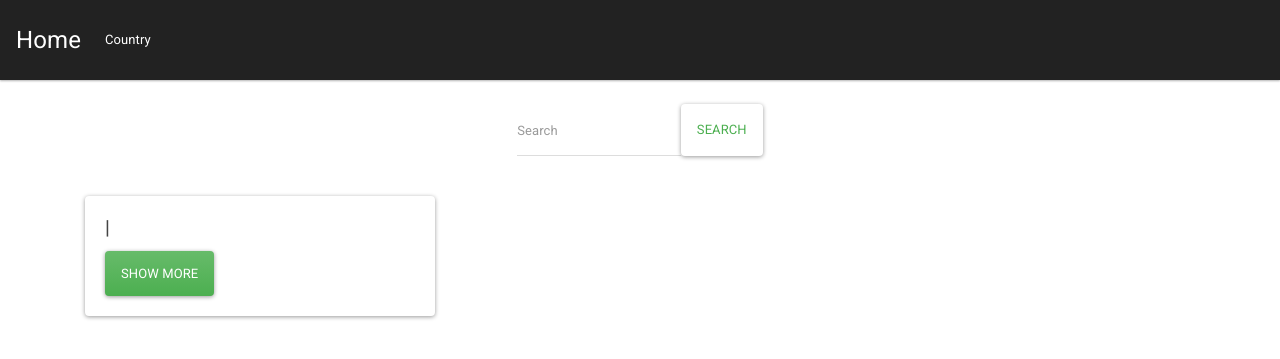
Repository: abdelhak-f/Countries_React
Page: / (app in client/)
The author's editor kept a copy of each file at every save. The page is drawn from the files as they stood at one save, then again after the next save.
The browser window is 1280 px wide. The pictures show the whole page.
The page's requests for data from a server got no answer. The project was rebuilt for these pictures with package versions that can differ from the ones it lists, and the page was loaded fresh each time. No one was signed in, and anything a server would have sent is missing. Also part of the build but not shown: client/src/components/countrys/ProfilCountry.jsx.

Above is the page before, as saved 2021-05-11 12:21:09.

### client/src/App.js
import  React from 'react';
import './App.css';
import Countries from  './components/AllCountries';
import  Navbar from './components/partials/Navbar';
import ProfileCountry from './components/countrys/ProfilCountry'
import { BrowserRouter as Router, Switch, Route} from 'react-router-dom';

function App() {
  return (
    <Router>
    <div className="App">
      <Navbar />
      <div className="container">
      <Switch>
       <Route exact path="/" component={Countries} />
       <Route path="/" component={ProfileCountry}/>
      {/* <ProfileCountry/>
      <Countries /> */}
    </Switch>
      </div>
    </div>
    </Router>
  );
}

export default App;

### client/src/components/AllCountries.jsx
import React, { Component } from 'react';
import  Country  from  './countrys/Country';
import SearchCountry from './countrys/SearchCountry';
import axios from 'axios';

class AllCountries extends Component  {

    constructor(props) {
        super(props)

        this.state = {
             countries: [
                 {

                 }
             ]
        }
    }
    getCountry = () => {
        axios.get(`https://restcountries.eu/rest/v2/all`)
                       .then(response => {
                           this.setState({
                            countries: response.data
                           })
                       })
    }
    componentDidMount() {
        this.getCountry()
    }
    searchCountry =( data) => {
         if(data != ''){
              axios.get(`https://restcountries.eu/rest/v2=${data}`)
              .then(response => {
                this.setState({
                  countries: response.data.items

                })
              })
         }
    }

  render() {
    return (
      <div>
          <div className="row   my-2">
              <div className="col-md-12">
       <SearchCountry getCountrySearch={this.searchCountry} />
              </div>
          </div>
          <div className="row">
        {this.state.countries.map (country => (
            <div className="col-md-4 mt-3 key={name.id}">
              <Country  country={country} />
               </div>
        ))}
        </div>
      </div>
    )
  }
}

export default AllCountries

### client/src/components/partials/Navbar.jsx
import React from 'react';
import { Link } from 'react-router-dom';

export default function Navbar() {
  return (
    <>
    <nav className="navbar navbar-expand-sm navbar-dark bg-dark">
        <Link className="navbar-brand" to="/">Home</Link>
        <button className="navbar-toggler d-lg-none" type="button" data-toggle="collapse" data-target="#collapsibleNavId" aria-controls="collapsibleNavId"
            aria-expanded="false" aria-label="Toggle navigation">
            <span className="navbar-toggler-icon"></span>
        </button>
        <div className="collapse navbar-collapse" id="collapsibleNavId">
            <ul className="navbar-nav mr-auto mt-2 mt-lg-0">
                <li className="nav-item active">
                    <a className="nav-link" href="#">Country <span className="sr-only">(current)</span></a>
                </li>
            </ul>

        </div>
    </nav>
    </>
  );
}

### client/src/components/countrys/Country.jsx
import React, { Component } from 'react';
import { Link } from 'react-router-dom';


  class Country extends Component{
    constructor(props) {
      super(props);
      this.state = {};
      console.log(props.data);
    }

  render() {
    return (
      <>
         <div className="card">
                   <img className="card-img-top" src= {this.props.country.flag}  alt="" />
                   <div className="card-body">
                   <h4 className="card-title">{this.props.country.alpha2Code} | {this.props.country.alpha3Code}</h4>
                       <p className="card-text">

                           <Link to={'/ProfilCountry/' +this.props.country.name} className="btn btn-success">show more</Link>

                           {/* <a href={this.props.country.regionalBlocs} className="btn btn-success ">profile</a> */}
                       </p>
                   </div>
                   </div>
      </>
    )
    }
  }


export default Country ;

### client/src/components/countrys/SearchCountry.jsx
// import React, { Component } from 'react'

// class SearchCountry extends Component {
//     state = {
//         search : ''
//     }
//     handleForm  = (e) => {
//         this.setState({
//             search:e.target.value
//         })
//     }

//     searchCountries= (e) => {
//         e.preventDefault();
//         this.props.getCountrySearch(this.state.search)
//     }
//   render() {
//       const {search} = this.state;
//     return (

//         <form onSubmit={this.searchCountries}>
//             <div className="form-group ">
//                 <input onChange={this.handleForm} value={search} placeholder='Search countries ...' id="search" type="text" className="form-control"/>
//                 </div>
//                 {/* {search} */}
//                 <button className="btn btn-danger">Search</button>
//         </form>

//     )
//   }
// }

// export default SearchCountry

/* eslint-disable array-callback-return */
/* eslint-disable react-hooks/exhaustive-deps */

import { Link } from 'react-router-dom';
import React, { useState, useEffect } from 'react';

const SearchCountry = ({ alpha3Code, alpha2Code, flag, name}) => {

    const [Data, setData] = useState([])
    const [input, setInput] = useState('')
    const [output, setOutput] = useState([])

    // get data
    useEffect(() => {
        fetch('https://restcountries.eu/rest/v2/all')
            .then(res => res.json())
            .then(data => setData(data));
    }, [])

    // filter data

    useEffect(() => {
        setOutput([])
        Data.filter(val => {
            if (val.alpha3Code.toUpperCase().includes(input.toUpperCase())) {
                setOutput(output => [...output, val])
            }
        })

    }, [input]);

    return (
        <div>
            <div className="container-fluid w-25 p-3">
                <form className="d-flex">
                    <input onChange={e => setInput(e.target.value)} className="form-control me-2" type="search" placeholder="Search" aria-label="Search" />
                    <button className="btn btn-outline-success" type="submit">Search</button>
                </form>
            </div>

            <div className="card">
                {SearchCountry && output.map((res, index) => (
                    <>
                        <div key={index} className=''>
                            <div className="card-img-top">
                                <img src={res.flag} alt="flag" />
                            </div>
                             <div className='card-body'>
                                <p>{res.alpha3Code} </p>
                                <p>{res.alpha2Code}</p>
                                <Link to={`/ShowCoun/${res.name}`}>
                                    <button className="btn btn-primary">show more</button>
                                </Link>

                            </div>
                        </div>
                    </>
                ))}
            </div>
        </div>
    );
}

export default SearchCountry;

Loaded but not shown: client/public/index.html (common file); client/src/index.js (common file); client/src/App.css (library)

After the next save:
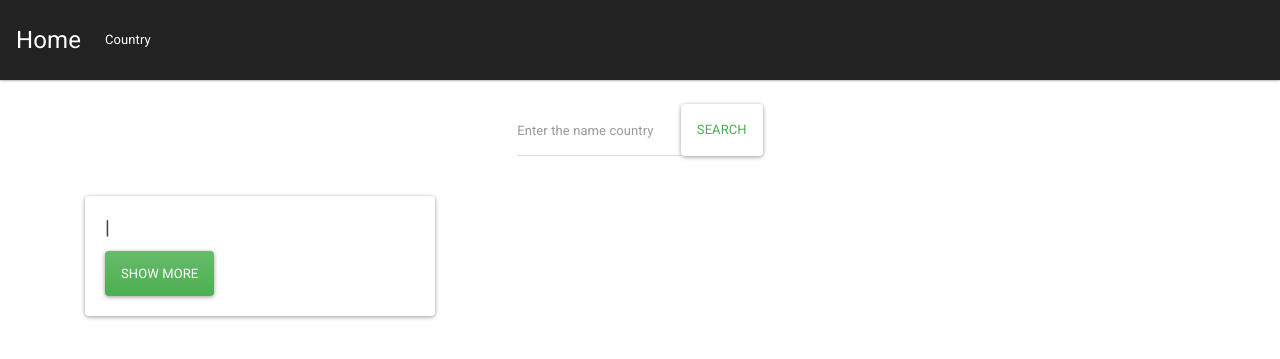
Saved 111 s later.
--- a/client/src/components/countrys/SearchCountry.jsx
+++ b/client/src/components/countrys/SearchCountry.jsx
@@ -67,7 +67,7 @@ const SearchCountry = ({ alpha3Code, alpha2Code, flag, name}) => {
         <div>
             <div className="container-fluid w-25 p-3">
                 <form className="d-flex">
-                    <input onChange={e => setInput(e.target.value)} className="form-control me-2" type="search" placeholder="Search" aria-label="Search" />
+                    <input onChange={e => setInput(e.target.value)} className="form-control me-2" type="search" placeholder="Enter the name country " aria-label="Search" />
                     <button className="btn btn-outline-success" type="submit">Search</button>
                 </form>
             </div>
